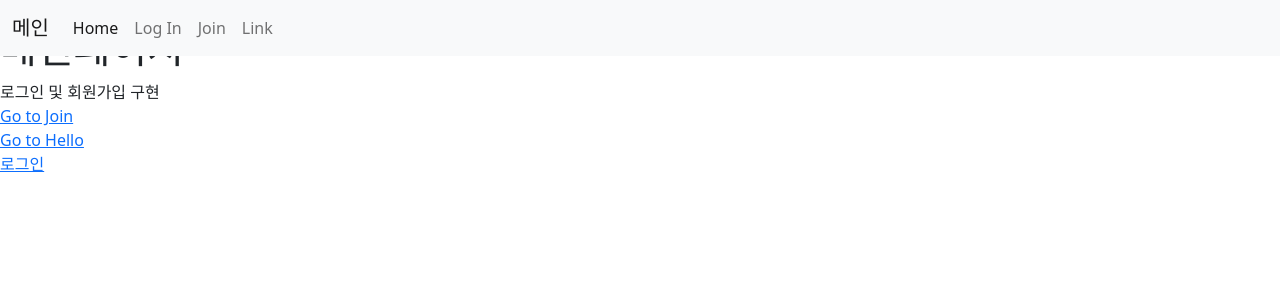
Repository: kjm541006/Ezen
Page: project/src/main/resources/static/index.html
An editor plug-in stored every save of this project. The page is shown before and after the next save, followed by the edit.
The browser window is 1280 px wide. The pictures show the whole page.

Above is the page before, as saved 2023-06-07 08:48:47.

After the next save:
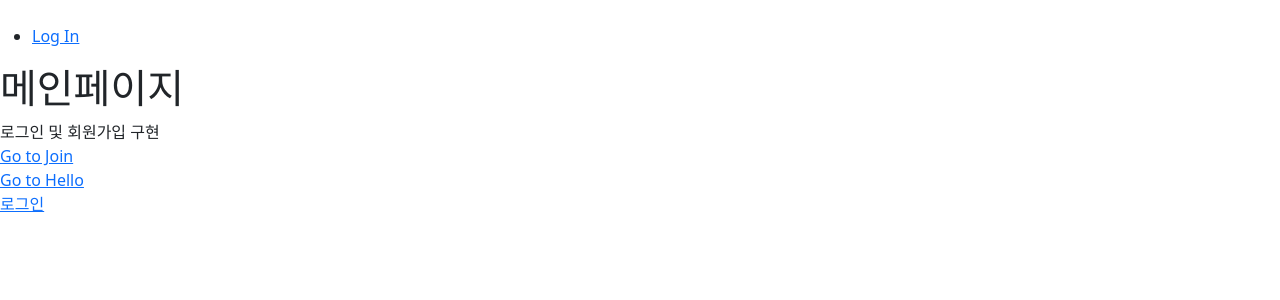
Saved 36 s later.
--- a/project/src/main/resources/static/index.html
+++ b/project/src/main/resources/static/index.html
@@ -10,29 +10,12 @@
 <body>
 	<container class="container">
 		<header class="header">
-			<nav class="navbar navbar-expand-sm bg-light fixed-top">
-			  <div class="container-fluid">
-			    <a class="navbar-brand" href="#">메인</a>
-			    <button class="navbar-toggler" type="button" data-bs-toggle="collapse" data-bs-target="#navbarSupportedContent" aria-controls="navbarSupportedContent" aria-expanded="false" aria-label="Toggle navigation">
-			      <span class="navbar-toggler-icon"></span>
-			    </button>
-			    <div class="collapse navbar-collapse inner" id="navbarSupportedContent">
-			      <ul class="navbar-nav me-auto mb-2 mb-lg-0">
-			        <li class="nav-item">
-			          <a class="nav-link active" aria-current="page" href="/">Home</a>
-			        </li>
-			        <li class="nav-item">
-			          <a class="nav-link" href="/login">Log In</a>
-			        </li>
-			        <li class="nav-item">
-			          <a class="nav-link" href="/join">Join</a>
-			        </li>
-			        <li class="nav-item">
-			          <a class="nav-link" href="#">Link</a>
-			        </li>
-			      </ul>
-			    </div>
-			  </div>
+			<nav class="header-nav">
+				<ul class="header-ul">
+					<li class="header-ul-li">
+						<a href="/login">Log In</a>
+					</li>
+				</ul>
 			</nav>
 		</header>
 		<main class="main">
